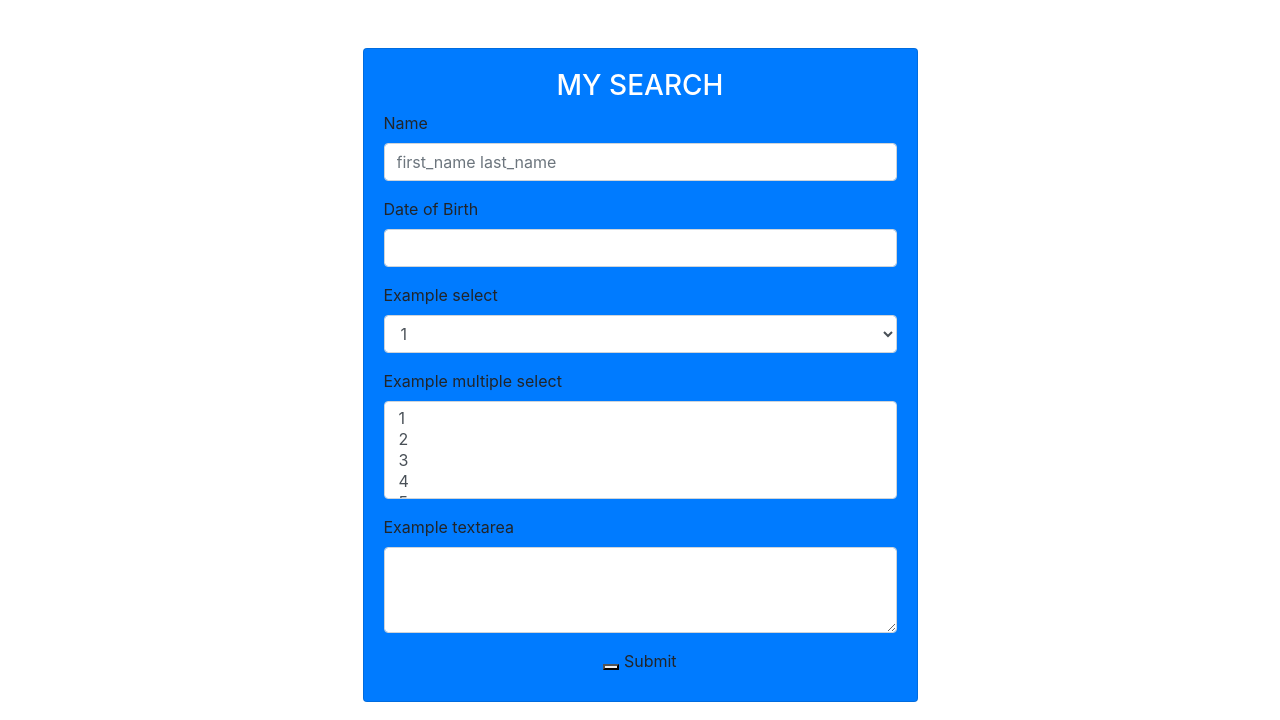
Repository: modinilesh/SpringMVC
Page: http://localhost/springmvcsearch/complex
These files come from the project's save history. The page is drawn as it stood at one moment and after the next save; the edit follows.
The browser window is 1280 px wide. The pictures show the whole page.
Some web libraries are served in a nearby version. The page is served by Tomcat 9.

Above is the page before, as saved 2023-10-20 14:41:15.

After the next save:
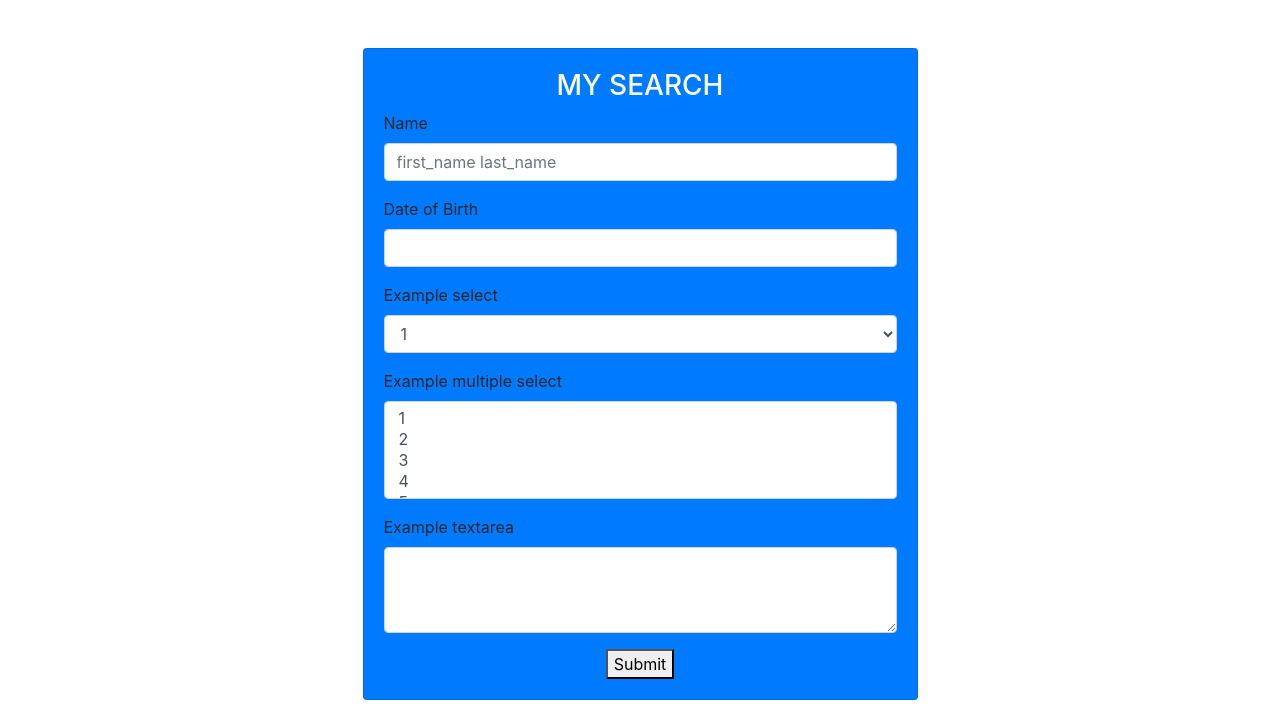
Saved 37 s later.
--- a/springmvcsearch/src/main/webapp/WEB-INF/views/complex_form.jsp
+++ b/springmvcsearch/src/main/webapp/WEB-INF/views/complex_form.jsp
@@ -67,8 +67,7 @@
 
 					<div class="container text-center">
 						<button type="submit" name="submit"
-							id="submit"></button>
-						<label for="btn">Submit</label>
+							id="submit">Submit</button>
 					</div>
 
 				</form>
